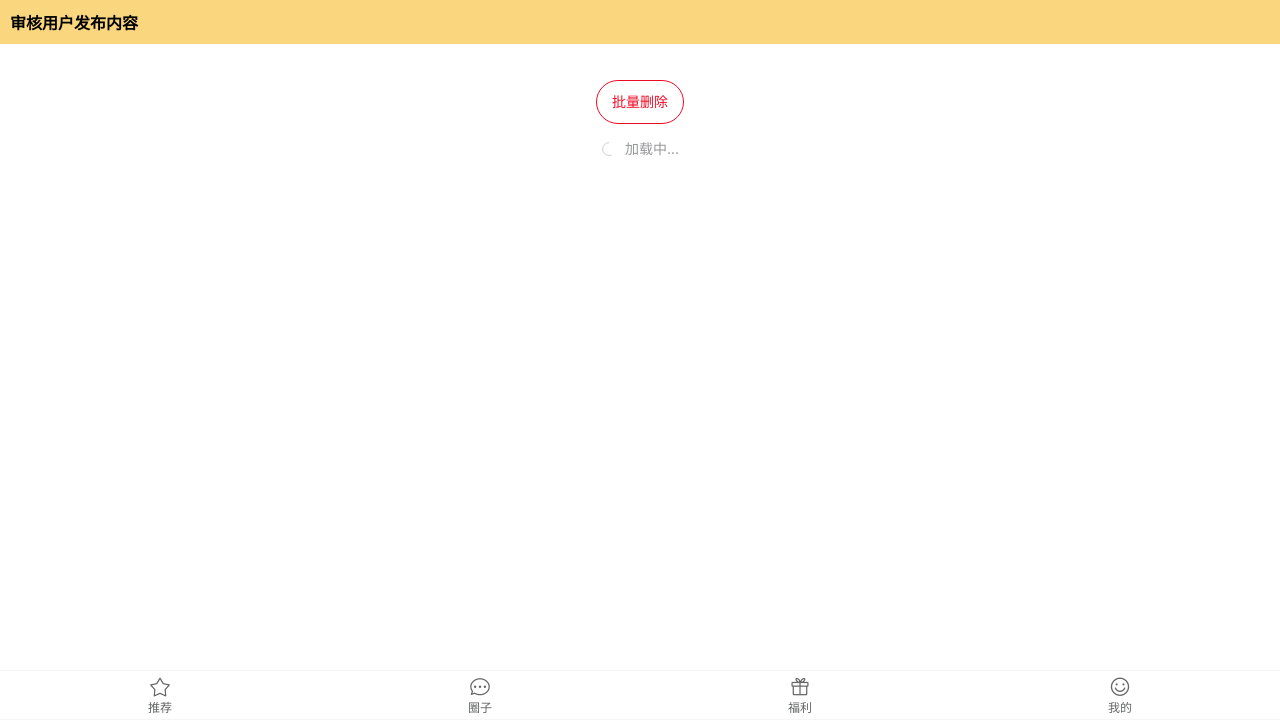
Repository: pbw-langwang/dm
Page: /#/Yhfabu (app in dm_vue/)
These files come from the project's save history. The page is drawn as it stood at one moment and after the next save; the edit follows.
The browser window is 1280 px wide. The pictures show the whole page.
The page's requests for data from a server got no answer. The project was rebuilt for these pictures with package versions that can differ from the ones it lists, and the page was loaded fresh each time. No one was signed in, and anything a server would have sent is missing. Also part of the build but not shown: dm_vue/src/components/HelloWorld.vue, dm_vue/src/components/video.vue, dm_vue/src/components/setting.vue, dm_vue/src/components/gift.vue, dm_vue/src/components/Regist.vue, dm_vue/src/components/history.vue, dm_vue/src/components/Search.vue, dm_vue/src/components/SearchList.vue and 4 more.

Above is the page before, as saved 2021-06-22 20:55:56.

After the next save:
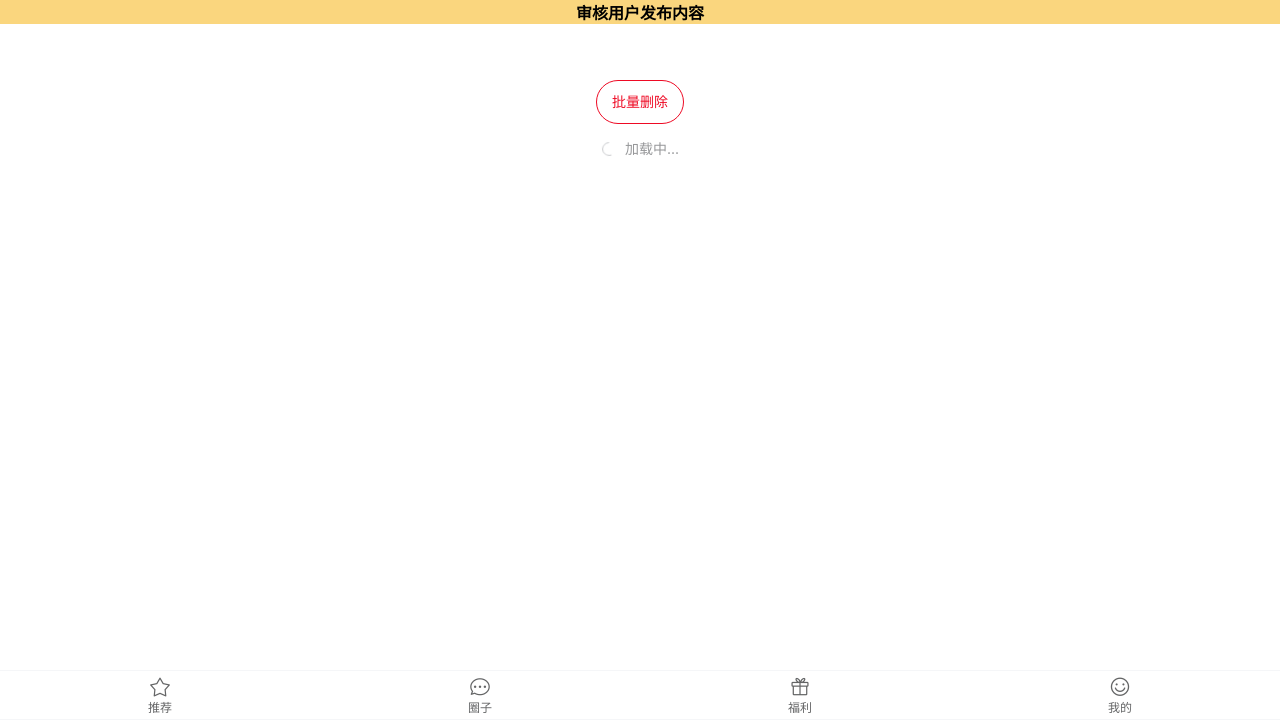
Saved 45 s later.
--- a/dm_vue/src/components/Yhfabu.vue
+++ b/dm_vue/src/components/Yhfabu.vue
@@ -116,9 +116,6 @@
 .top{
   z-index: 10000;
   width: 100%;
-  display: flex;
-  align-items: center;
-  padding: 10px;
   position: fixed;
   top: 0;
   background-color: rgb(250,214,126);
